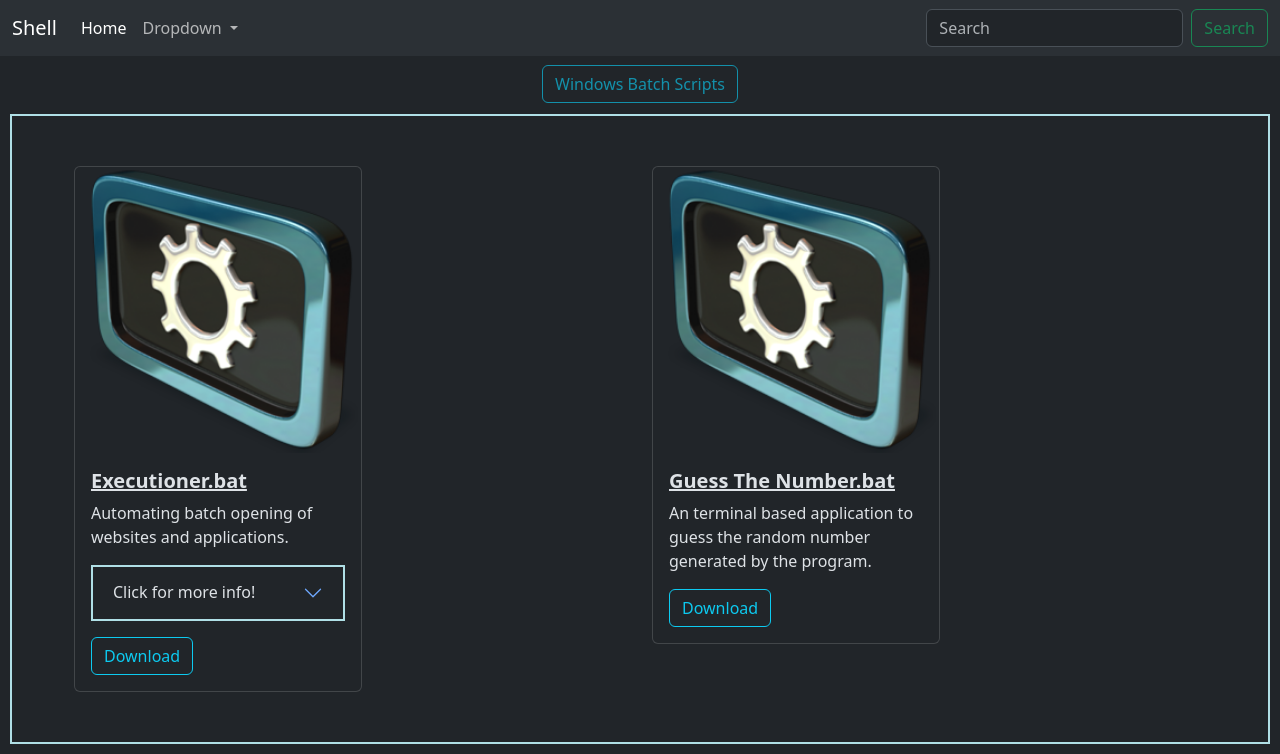
Repository: VictoriousMango/Archive
Page: index.html
An editor plug-in stored every save of this project. The page is shown before and after a run of saves, followed by the edit.
The browser window is 1280 px wide. The pictures show the whole page.

Above is the page before, as saved 2024-10-05 20:06:16.

After the next 2 saves:
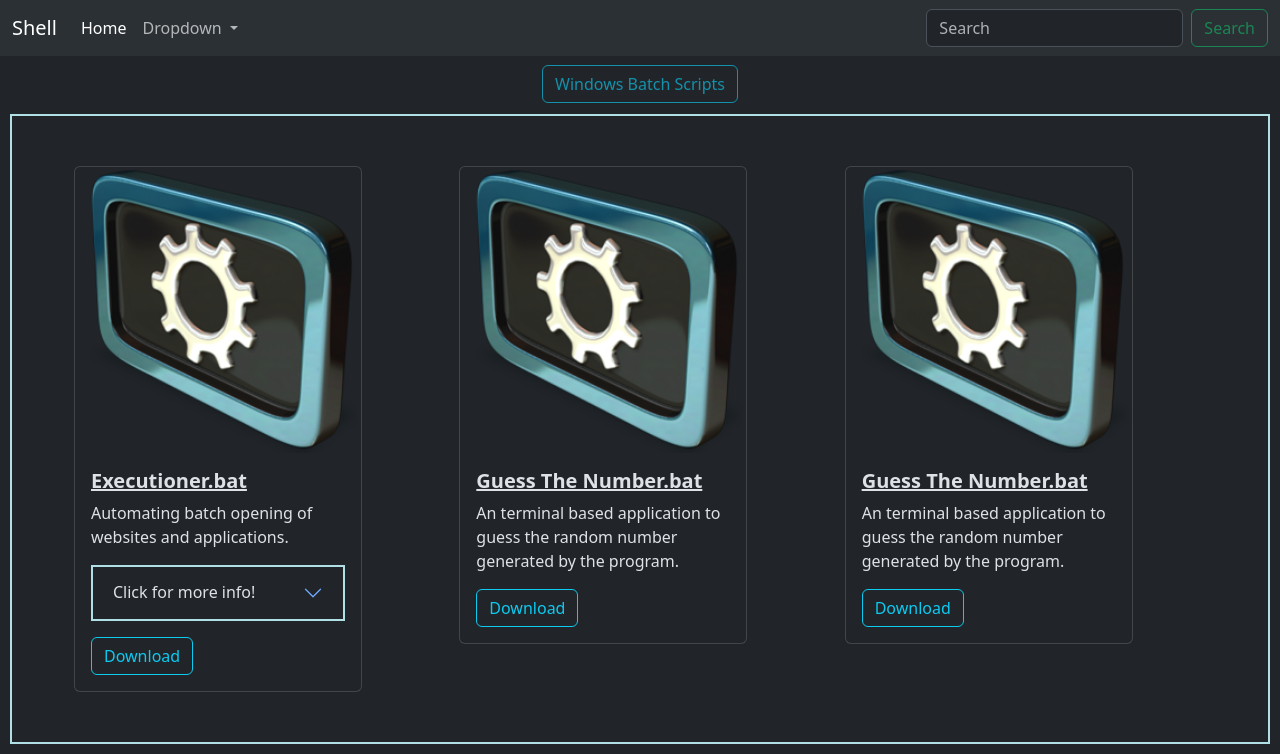
The 2 saves are shown as one change because they came seconds apart.
The last was saved 17 s later.
--- a/index.html
+++ b/index.html
@@ -99,6 +99,20 @@
                 </div>
             </div>
         </div>
+        <!-- Second Card -->
+        <div class="col">
+            <div class="card" style="width: 18rem;">
+                <img src="Images\MS-DOS_Batch_File.png" class="card-img-top" alt="...">
+                <div class="card-body">
+                    <h5 class="card-title"><b><u>Guess The Number.bat</u></b></h5>
+                    <p class="card-text">
+                        An terminal based application to guess the random number generated by the program.
+                    </p>
+                    <a href="Projects\Windows-Batch-file\Guess The Number.bat" class="btn btn-outline-info"
+                        download>Download</a>
+                </div>
+            </div>
+        </div>
     </div>
         <!-- Windows Batch File -->
 

After the 3 saves that followed:
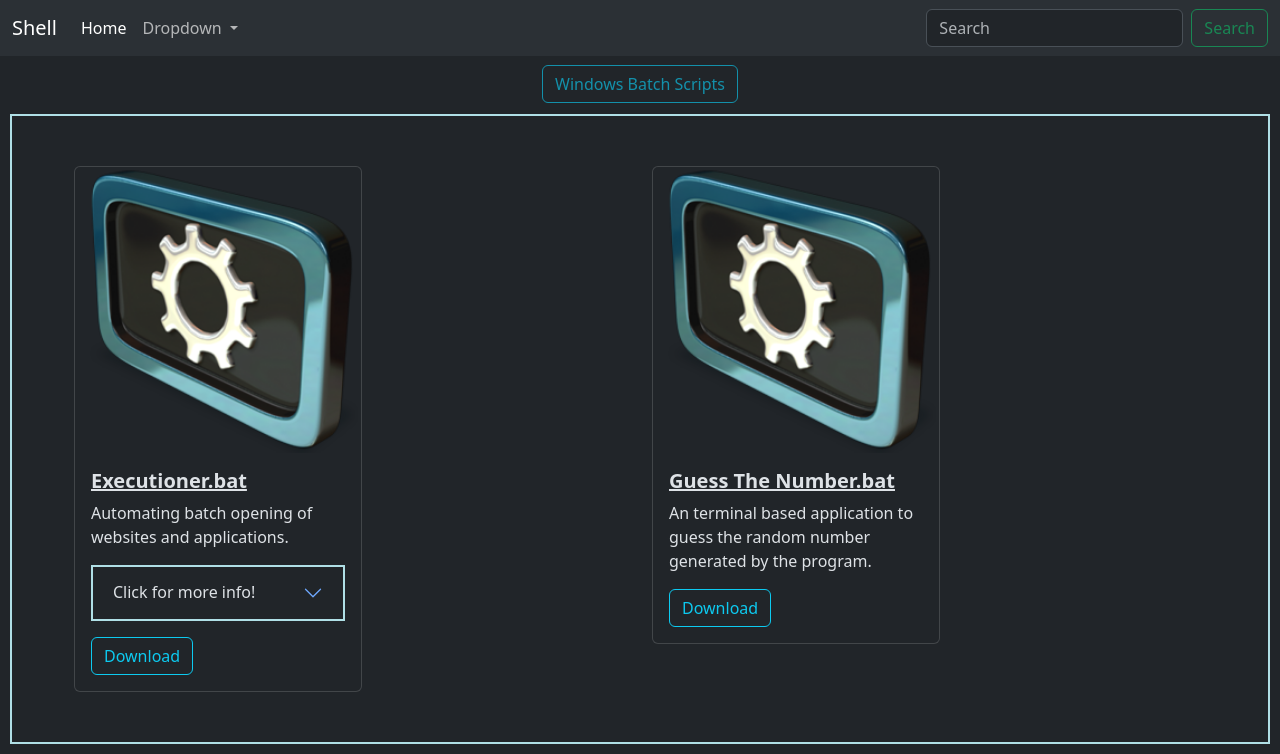
The 3 saves are shown as one change because 1 left the picture as it was and some came seconds apart.
The last was saved 35 s later.
--- a/index.html
+++ b/index.html
@@ -99,22 +99,8 @@
                 </div>
             </div>
         </div>
-        <!-- Second Card -->
-        <div class="col">
-            <div class="card" style="width: 18rem;">
-                <img src="Images\MS-DOS_Batch_File.png" class="card-img-top" alt="...">
-                <div class="card-body">
-                    <h5 class="card-title"><b><u>Guess The Number.bat</u></b></h5>
-                    <p class="card-text">
-                        An terminal based application to guess the random number generated by the program.
-                    </p>
-                    <a href="Projects\Windows-Batch-file\Guess The Number.bat" class="btn btn-outline-info"
-                        download>Download</a>
-                </div>
-            </div>
-        </div>
     </div>
-        <!-- Windows Batch File -->
+    <!-- Windows Batch File -->
 
         <!-- Including JS -->
         <script src="https://cdn.jsdelivr.net/npm/bootstrap@5.3.3/dist/js/bootstrap.bundle.min.js"
